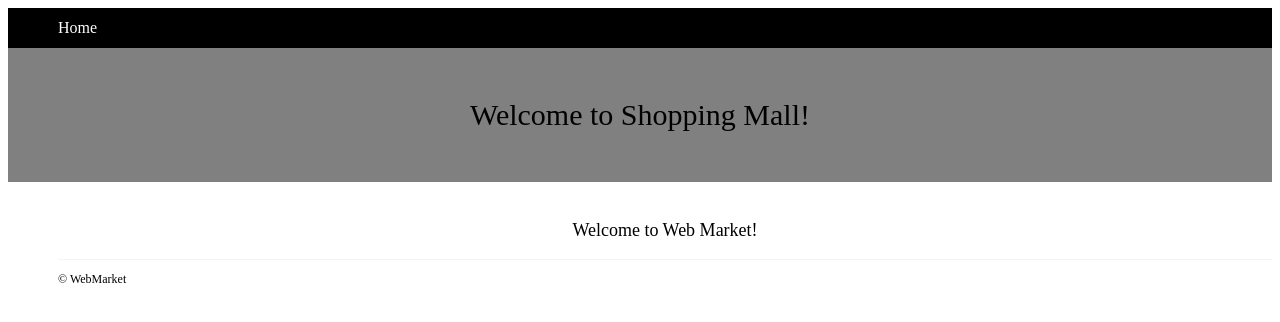
Repository: sunyeongan/Univ_lecture
Page: http://localhost/week7_jsp/ex5.jsp
An editor plug-in stored every save of this project. The page is shown before and after the next save, followed by the edit.
The browser window is 1280 px wide. The pictures show the whole page.
The page is served by Tomcat 9.

Above is the page before, as saved 2022-04-14 03:09:40.

### WebSever_2022/work/week7/week7_jsp/src/main/webapp/ex5.jsp
<%@ page language="java" contentType="text/html; charset=EUC-KR"
    pageEncoding="EUC-KR"%>
<!DOCTYPE html>
<html>
<head>
<meta charset="EUC-KR">
<title>Insert title here</title>
<style>
	div{
		text-align : center;
	}
	.site{
		height : 40px;
		line-height : 40px;
		background-color : black;
		padding-left : 50px;
	}
	.main{
		padding : 20px 0;
		background-color : grey;
		font-size : 30px;

	}
	.mid{
		font-size : 18px;
		padding-top : 20px;
		margin-left : 50px;
		border-bottom : 1px solid rgb(244,244,244);

	}
	.bar{
		color:white;
		text-decoration : none;
	}
	.footer{
		margin-left : 50px;
		font-size : 12px;
	}

</style>
</head>
<body>

<nav class="site">
	<a class ="bar" href="./환영.jsp">Home</a>
</nav>


<div class="main">
	<p>Welcome to Shopping Mall!</p>
</div>


<div class = "mid">
	<p>Welcome to Web Market!</p>
</div>


<footer class="footer">
<p>&copy; WebMarket</p>
</footer>
</body>
</html>

After the next save:
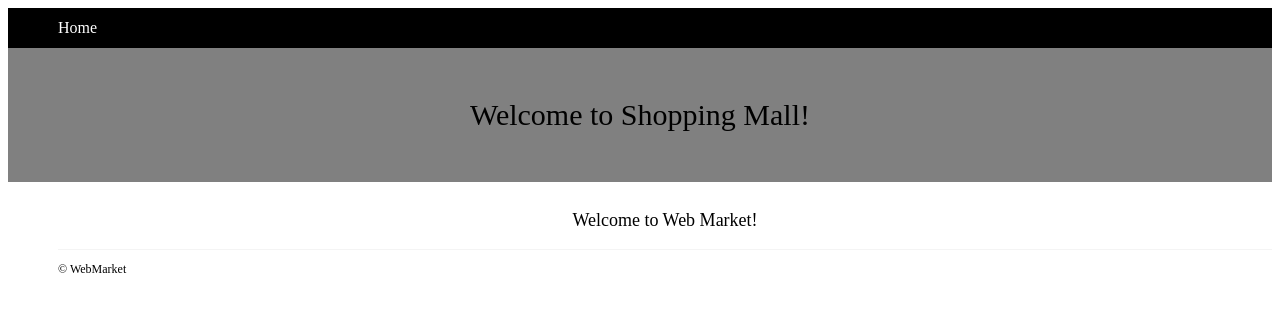
Saved 22 s later.
--- a/WebSever_2022/work/week7/week7_jsp/src/main/webapp/ex5.jsp
+++ b/WebSever_2022/work/week7/week7_jsp/src/main/webapp/ex5.jsp
@@ -23,7 +23,7 @@
 	}
 	.mid{
 		font-size : 18px;
-		padding-top : 20px;
+		padding-top : 10px;
 		margin-left : 50px;
 		border-bottom : 1px solid rgb(244,244,244);
 
